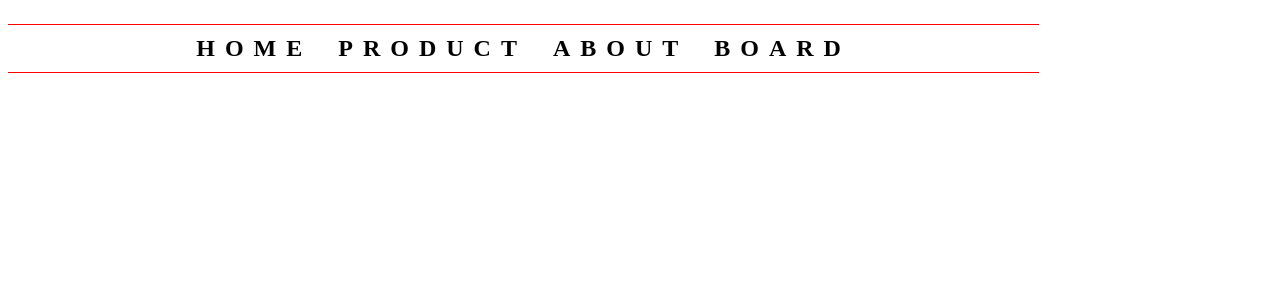
Repository: wishinghyun/multicampus
Page: webwork/clientweb/WebContent/css/css_list_menu_test.html
An editor plug-in stored every save of this project. The page is shown before and after the next save, followed by the edit.
The browser window is 1280 px wide. The pictures show the whole page.

Above is the page before, as saved 2020-01-03 04:18:27.

After the next save:
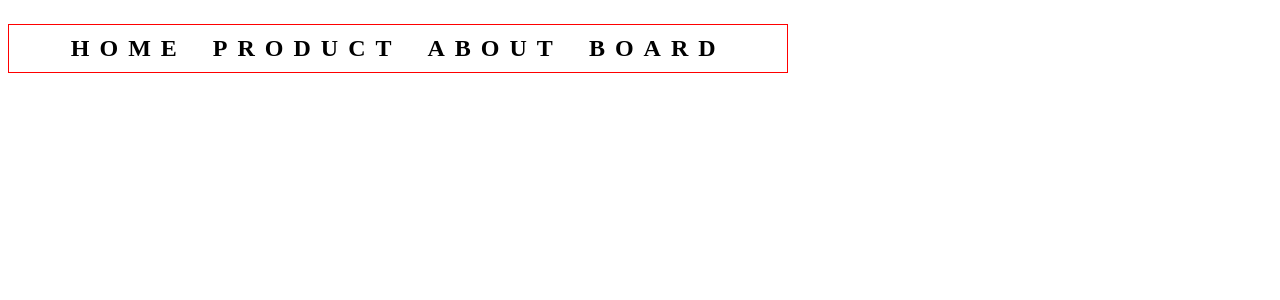
Saved 13 s later.
--- a/webwork/clientweb/WebContent/css/css_list_menu_test.html
+++ b/webwork/clientweb/WebContent/css/css_list_menu_test.html
@@ -12,7 +12,9 @@
 			border-bottom: solid 1px red;
 			border-top: solid 1px red;
 			padding: 10px;
-			width: 80%;
+			width: 60%;
+			border-left: solid 1px red;
+			border-right: solid 1px red;
 		}
 		ul li{	/* 모든 항목이 한 줄에 보여지도록 설정 */
 			display: inline;
